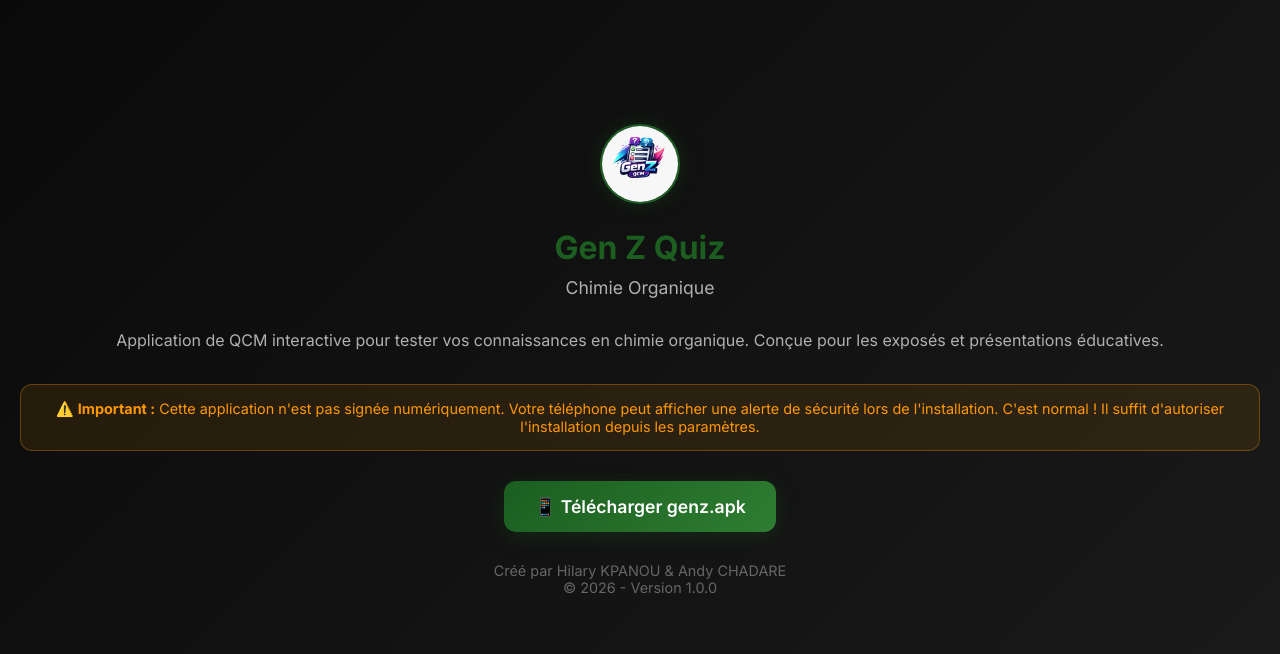
Repository: Deogratiasdev/gen-z
Page: index.html
An editor plug-in stored every save of this project. The page is shown before and after the next save, followed by the edit.
The browser window is 1280 px wide. The pictures show the whole page.

Above is the page before, as saved 2026-04-24 16:08:46.

After the next save:
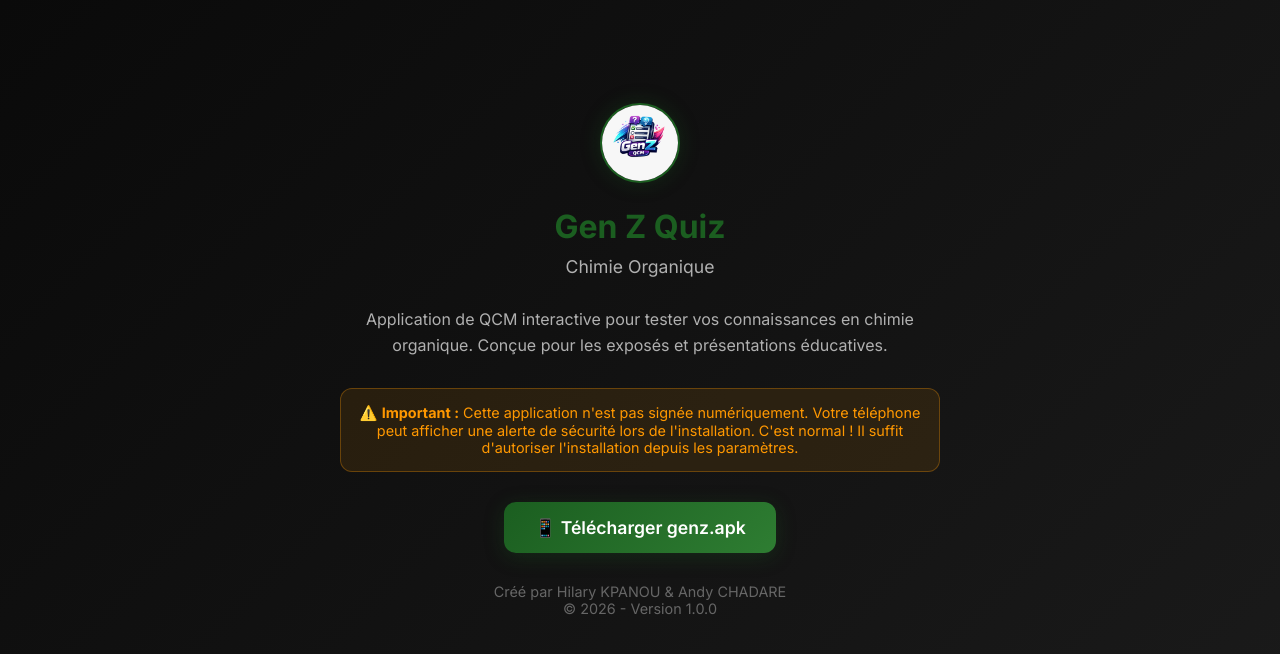
Saved 7 s later.
--- a/index.html
+++ b/index.html
@@ -103,7 +103,7 @@
     </style>
 </head>
 <body>
-    <div class="container">
+    <div class="content">
         <img src="gen_z_app/gen.jpeg" alt="Gen Z Quiz Logo" class="logo">
 
         <h1>Gen Z Quiz</h1>
